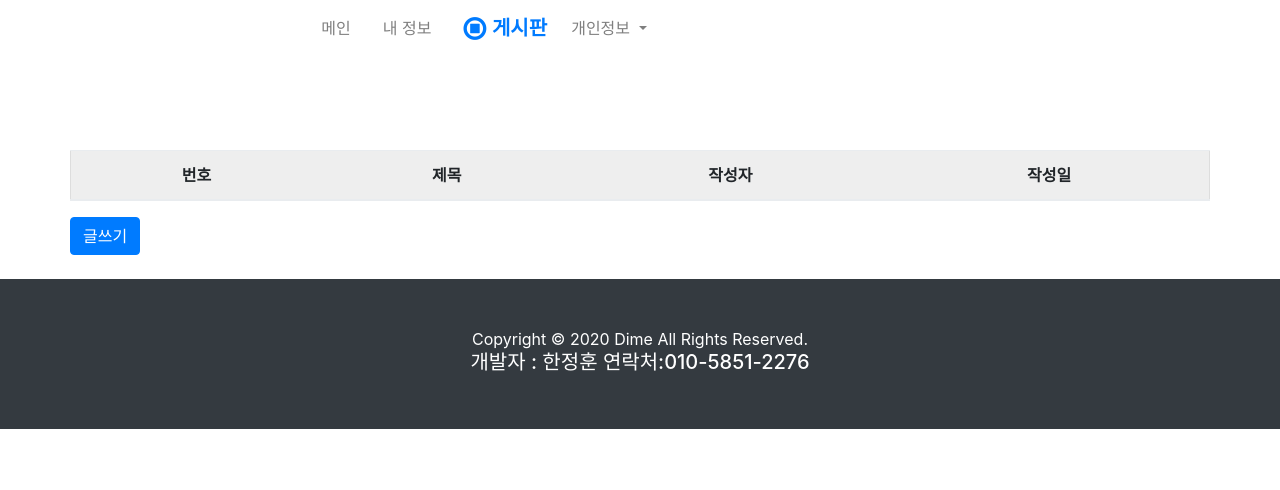
Repository: elecdime/jspboard
Page: http://localhost/BBS/projectbbs/bbs.jsp
The author's editor kept a copy of each file at every save. The page is drawn from the files as they stood at one save, then again after the next save.
The browser window is 1280 px wide. The pictures show the whole page.
Some web libraries are served in a nearby version. The page is served by Tomcat 9. Queries for data that is not in the repository find no rows.

Above is the page before, as saved 2020-07-08 12:38:28.

After the next save:
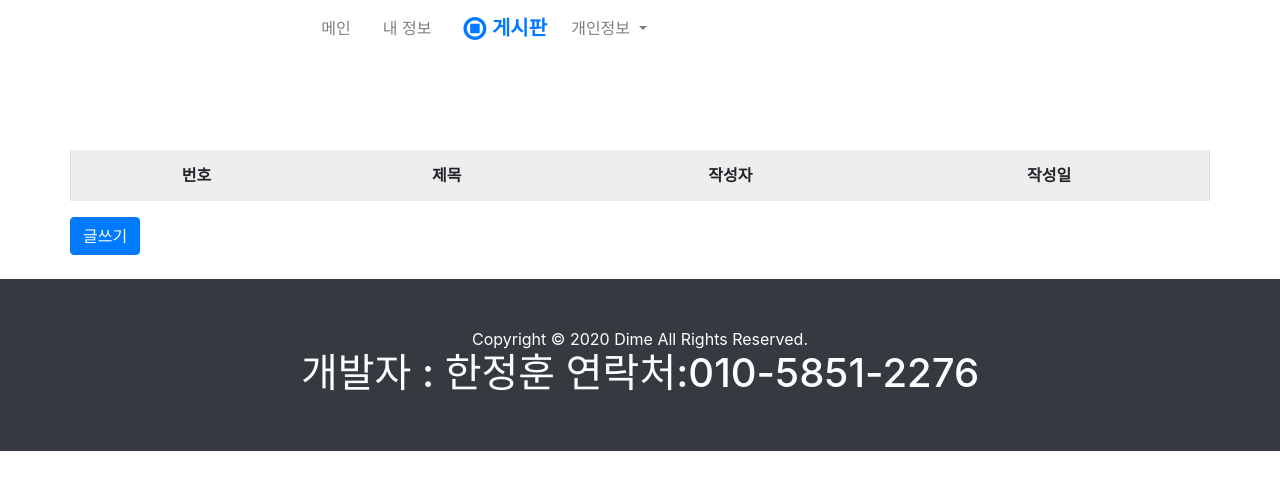
Saved 14 s later.
--- a/dime/project Web/BBS/WebContent/projectbbs/bottom.jsp
+++ b/dime/project Web/BBS/WebContent/projectbbs/bottom.jsp
@@ -16,7 +16,7 @@
 
 
 Copyright &copy; 2020 Dime All Rights Reserved.<br>
-<h5>개발자 : 한정훈  연락처:010-5851-2276</h5>
+<h1>개발자 : 한정훈  연락처:010-5851-2276</h1>
 </footer>
 </body>
 </html>
